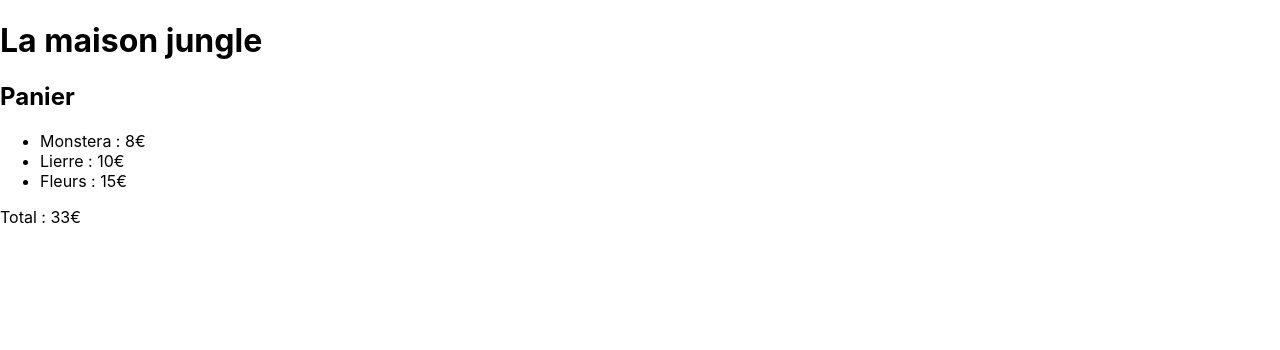
Repository: massndongo/la-maison-junglee
Page: /
These files come from the project's save history. The page is drawn as it stood at one moment and after a run of saves; the edit follows.
The browser window is 1280 px wide. The pictures show the whole page.
The project was rebuilt for these pictures with package versions that can differ from the ones it lists, and the page was loaded fresh each time.

Above is the page before, as saved 2023-03-23 15:54:03.

After the next 2 saves:
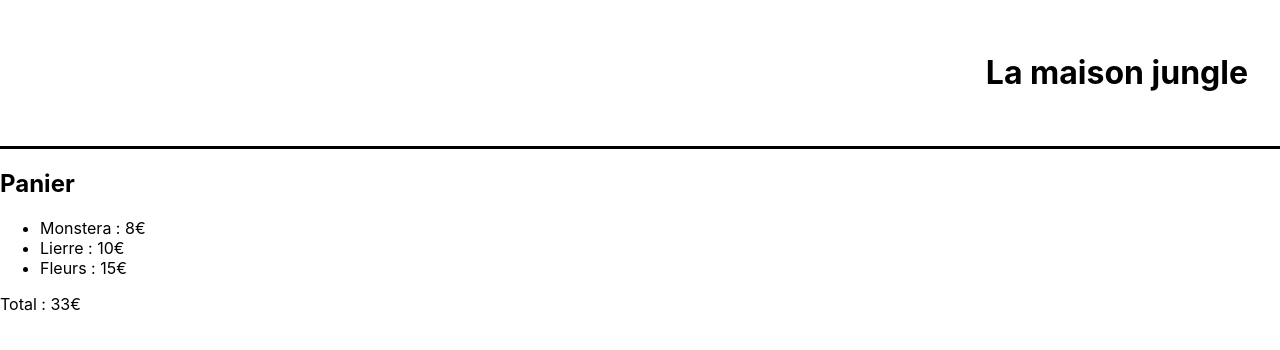
The 2 saves are shown as one change because they came seconds apart.
The last was saved 6 s later.
--- a/src/components/Banner.js
+++ b/src/components/Banner.js
@@ -1,4 +1,4 @@
-import '../'
+import '../styles/Banner.css'
 
 function Banner() {
     return <div className="lmj-banner">
